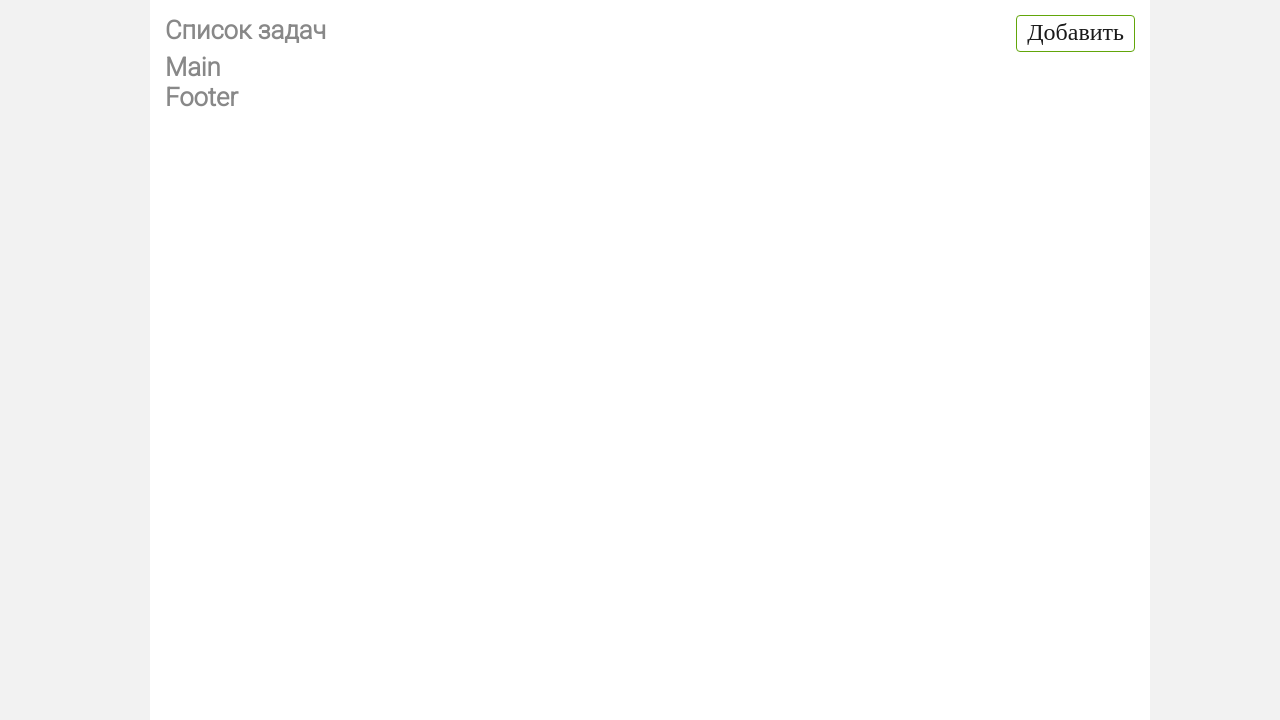
Repository: XaVi7777/todos-with-hooks
Page: /
These files come from the project's save history. The page is drawn as it stood at one moment and after a run of saves; the edit follows.
The browser window is 1280 px wide. The pictures show the whole page.
The project was rebuilt for these pictures with package versions that can differ from the ones it lists, and the page was loaded fresh each time.

Above is the page before, as saved 2020-08-03 15:27:32.

### src/index.js
import React from 'react';
import ReactDOM from 'react-dom';
import App from './App';
import * as serviceWorker from './serviceWorker';
import './scss/index.scss';

ReactDOM.render(
  <React.StrictMode>
    <App />
  </React.StrictMode>,
  document.getElementById('root')
);

// If you want your app to work offline and load faster, you can change
// unregister() to register() below. Note this comes with some pitfalls.
// Learn more about service workers: https://bit.ly/CRA-PWA
serviceWorker.unregister();

### src/App.js
import React from 'react';
import { MainPage } from './pages/MainPage/MainPage';

function App() {
  return (
    <div className="App">
      <MainPage />
    </div>
  );
}

export default App;

### src/scss/index.scss
@import url("https://fonts.googleapis.com/css2?family=Roboto:wght@100;300&display=swap");
@import "~material-icons/iconfont/material-icons.scss";
@import "button";
@import "App";
@import "MainPage";
@import "Header";
// @import "~normalize.css";
// @import "header";
// @import "main";
// @import "footer";

* {
  margin: 0;
  position: relative;
  padding: 0;
  box-sizing: border-box;
}

html, body, #root, .App{
  position: relative;
  height: 100%;
}

body {
  font-family: "Roboto", sans-serif;
  font-size: 12px;
  background-color: #f2f2f2;
}

#root {
  display: block;
  color: #888;
  font-size: 0.8rem;
}

### src/pages/MainPage/MainPage.js
import React from 'react';
import { Header } from '../../components/Header/Header';
import { Main } from '../../components/Main/Main';
import { Footer } from '../../components/Footer/Footer';

export const MainPage = () => (
  <div
    className="wrapper"
  >
    <Header />
    <Main />
    <Footer />
  </div>
);

### src/scss/button.scss
button {
  border-radius: 4px;
  transition: all 0.1s ease-in-out;
  background-color: #fff;
  padding: 0 10px;
  border: 1px solid #f2f2f2;
  background-color: #fff;
  color: #1a1a1a;
  line-height: 30px;
  display: inline-block;
  cursor: pointer;
}

.btn-icon {
  border-color: #62a60a;

  &:hover {
    color: white;
    background-color: green;
  }
}

### src/scss/App.scss
.App {

};

### src/scss/MainPage.scss
.wrapper {
  position: relative;
  height: 100%;
  max-width: 1000px;
  margin-left: 10px;
  margin-right: 10px;
  background-color: #fff;
  left: 50%;
  transform: translateX(-50%);
  padding: 15px;
}

### src/components/Header/Header.js
import React from 'react';
import Button from '../UI/Button/Button';

export const Header = () => (
  <div className="header">
    <div
      className="header__title"
    >
      <h1>Список задач</h1>
    </div>

    <div
      className="header__addbtn"
    >
      <Button
        text="Добавить"
      />
    </div>
  </div>
);

### src/components/Main/Main.js
import React from 'react';

export const Main = () => (
  <>
    <h1>Main</h1>
  </>
);

### src/components/Footer/Footer.js
import React from 'react';

export const Footer = () => (
  <>
    <h1>Footer</h1>
  </>
);

### src/components/UI/Button/Button.js
import React from 'react';

export default ({ text }) => (
  <>
    <button
      className="btn-icon"
    >
      <span className="material-icons">
        {text}
      </span>
    </button>
  </>
);

Loaded but not shown: public/index.html (common file); src/serviceWorker.js (common file); src/scss/Header.scss (common file)

After the next 2 saves:
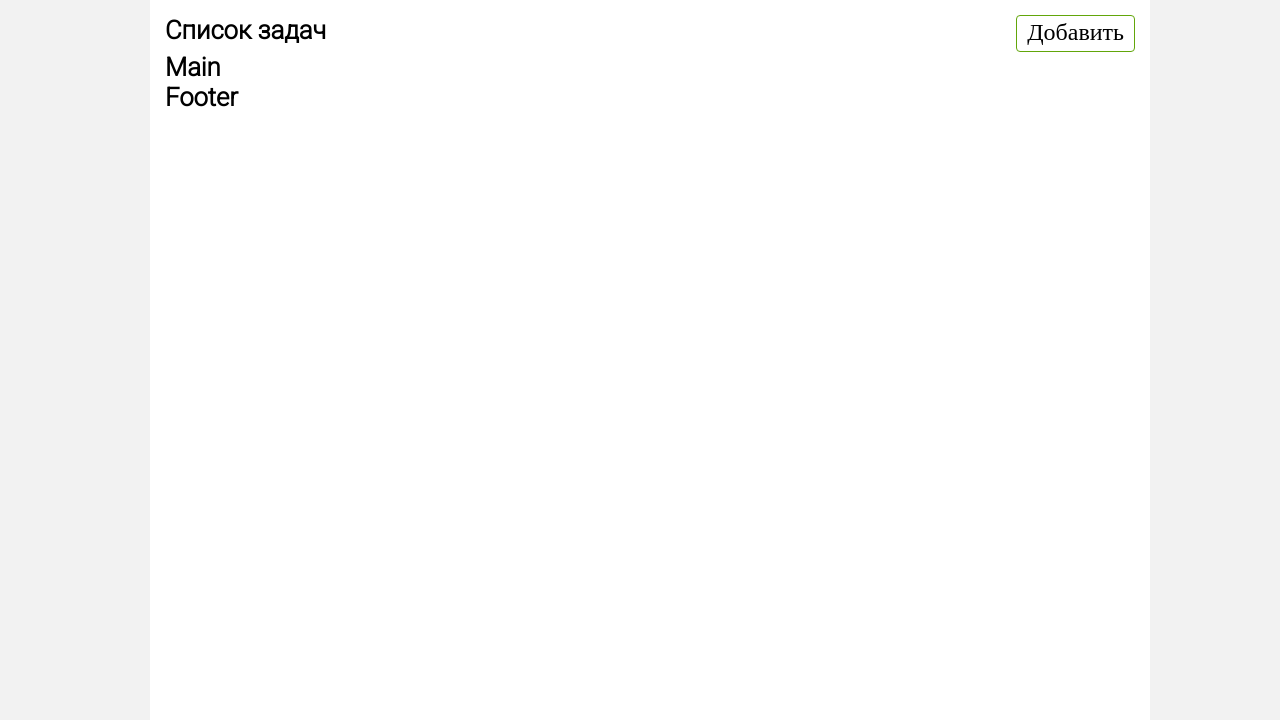
The 2 saves are shown as one change because 1 did not build or start.
The last was saved 40 s later.
--- a/src/scss/index.scss
+++ b/src/scss/index.scss
@@ -13,6 +13,7 @@
   margin: 0;
   position: relative;
   padding: 0;
+  color: #000;
   box-sizing: border-box;
 }
 
